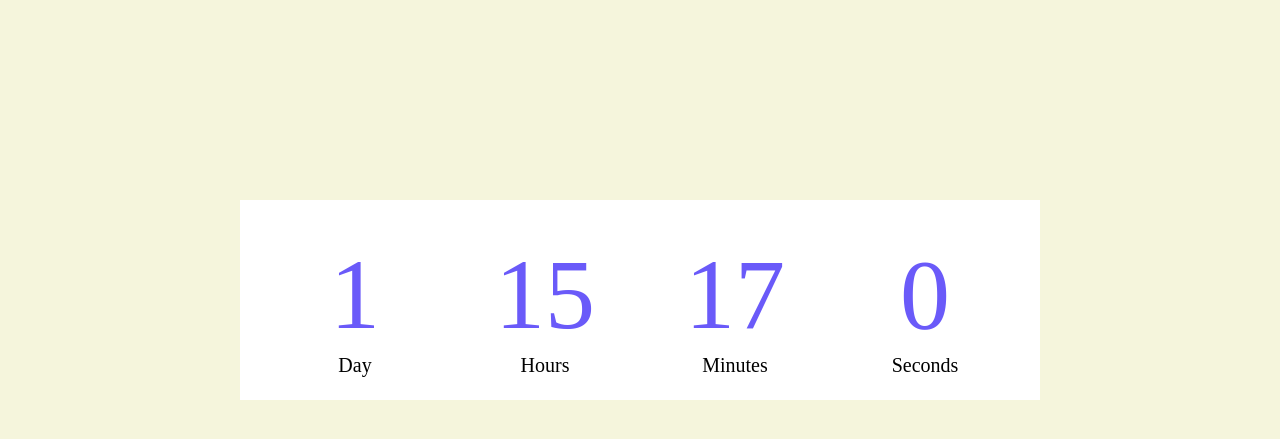
Repository: tienbkvn0605/counddown-demo
Page: index.html
The author's editor kept a copy of each file at every save. The page is drawn from the files as they stood at one save, then again after the next save.
The browser window is 1280 px wide. The pictures show the whole page.

Above is the page before, as saved 2022-10-04 23:52:50.

After the next save:
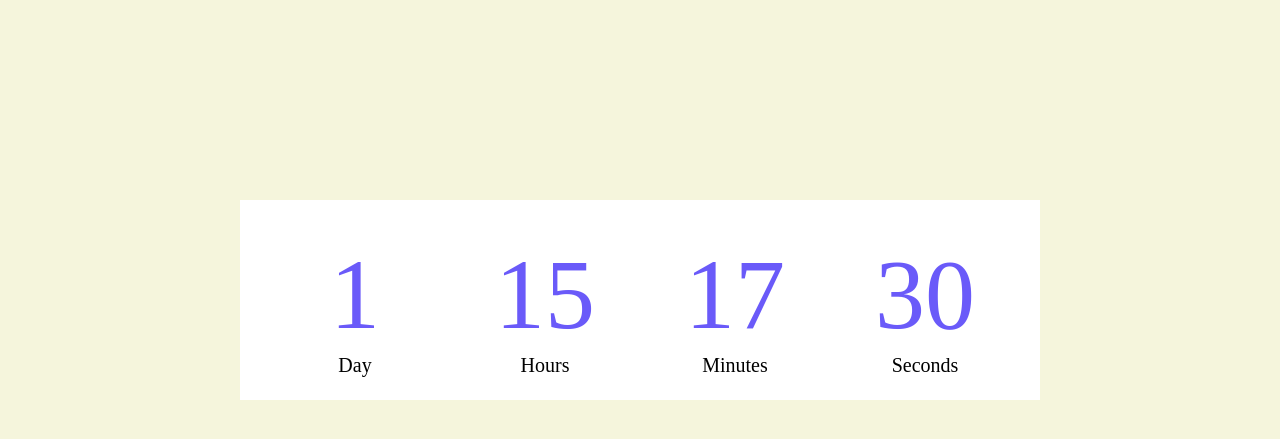
Saved 23 s later.
--- a/app.js
+++ b/app.js
@@ -21,11 +21,11 @@ window.addEventListener("load", function () {
     timeRemaning = timeRemaning % 3600;
     minute = parseInt(timeRemaning / 60);
     timeRemaning = timeRemaning % 60;
+    daysTimer.textContent = day;
     hoursTimer.textContent = hour;
     minutesTimer.textContent = minute;
-
+    secondsTimer.textContent = timeRemaning;
     console.log(timeRemaning);
-    daysTimer.textContent = day;
   }
   countDown("Tue Oct 06 2022 23:33:35 GMT+0900 (Japan Standard Time)");
 });
